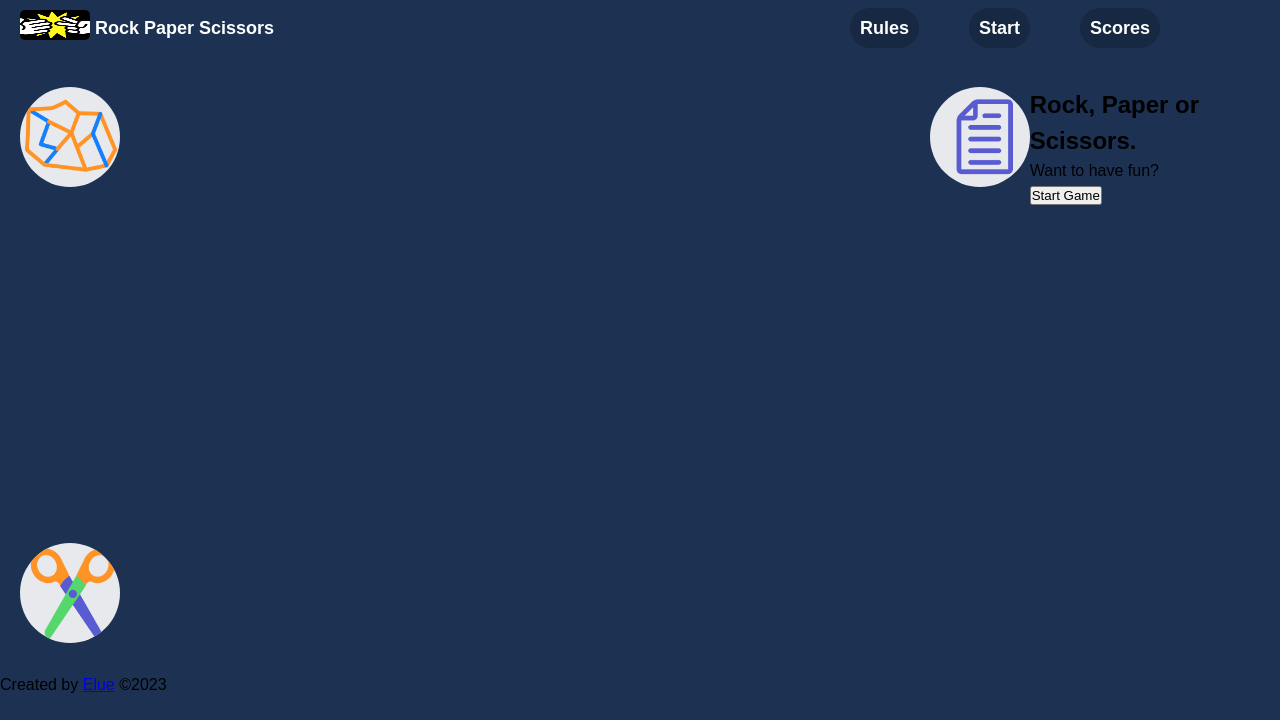
Repository: MikkyPrestige/rock-paper-scissors
Page: index.html
These files come from the project's save history. The page is drawn as it stood at one moment and after the next save; the edit follows.
The browser window is 1280 px wide. The pictures show the whole page.

Above is the page before, as saved 2023-05-08 04:40:02.

After the next save:
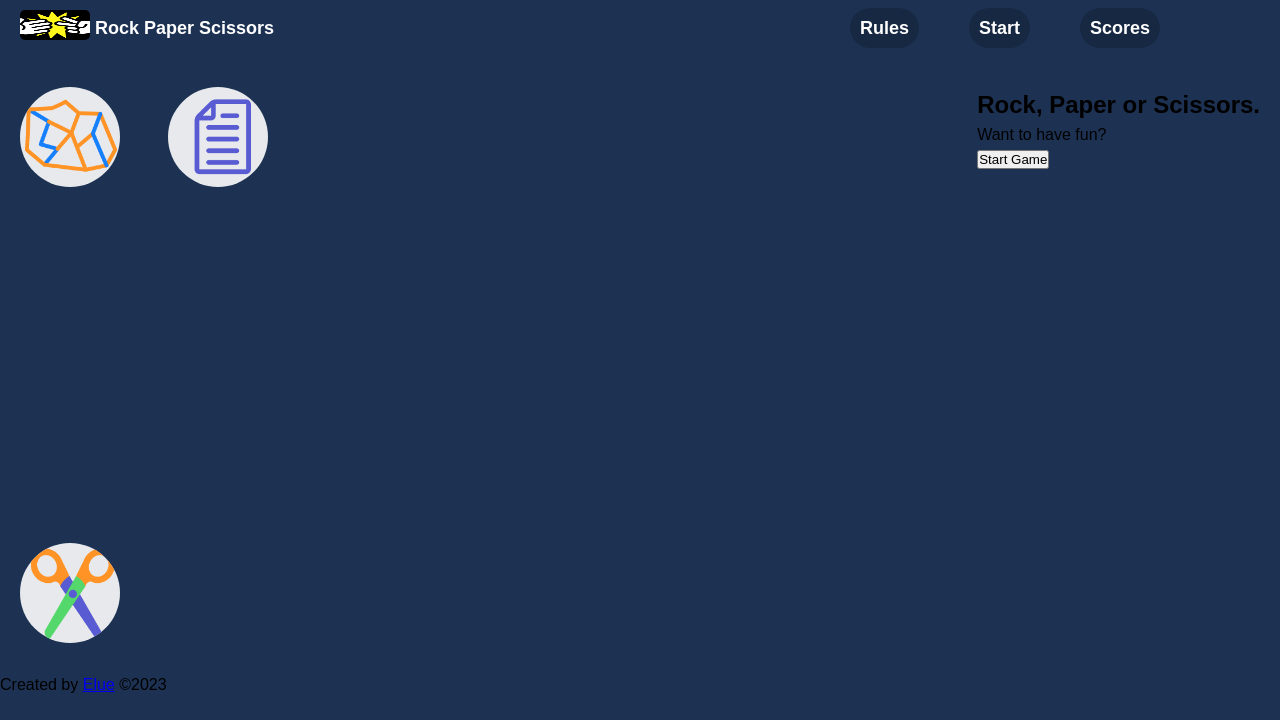
Saved 26 s later.
--- a/index.css
+++ b/index.css
@@ -99,8 +99,8 @@ li a:hover {
 
 .images {
   position: relative;
-  width: 100%;
   height: 100%;
+  flex-basis: 20%;
 }
 
 .img {
